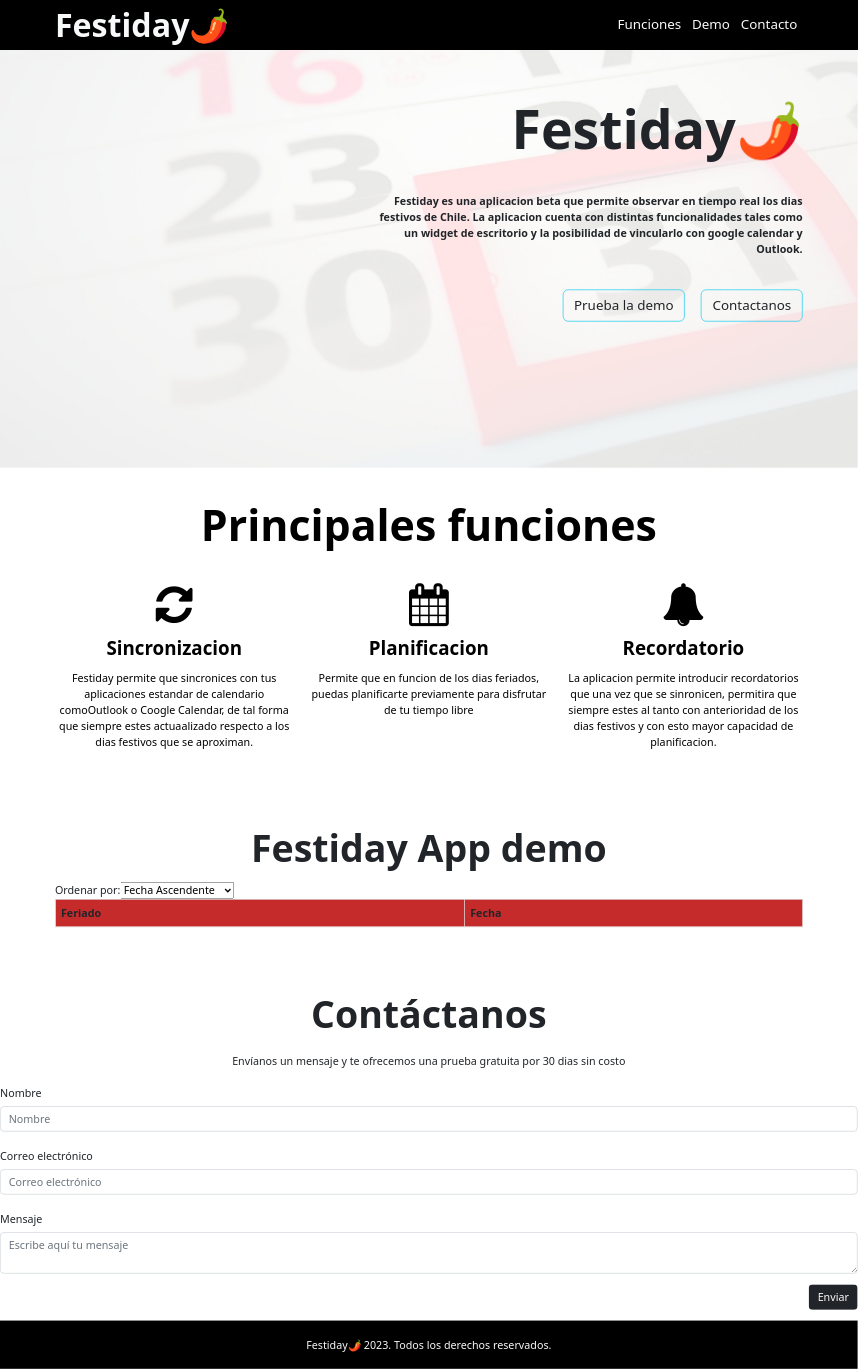
Repository: cvalenciapatagonia/Desafio-4-React-I
Page: /
These files come from the project's save history. The page is drawn as it stood at one moment and after the next save; the edit follows.
The browser window is 1280 px wide. The pictures show the whole page, at 67% of full size.
The page's requests for data from a server got no answer. The project was rebuilt for these pictures with package versions that can differ from the ones it lists, and the page was loaded fresh each time. No one was signed in, and anything a server would have sent is missing. Also part of the build but not shown: vite.config.js, src/App.css.

Above is the page before, as saved 2023-09-08 16:05:21.

After the next save:
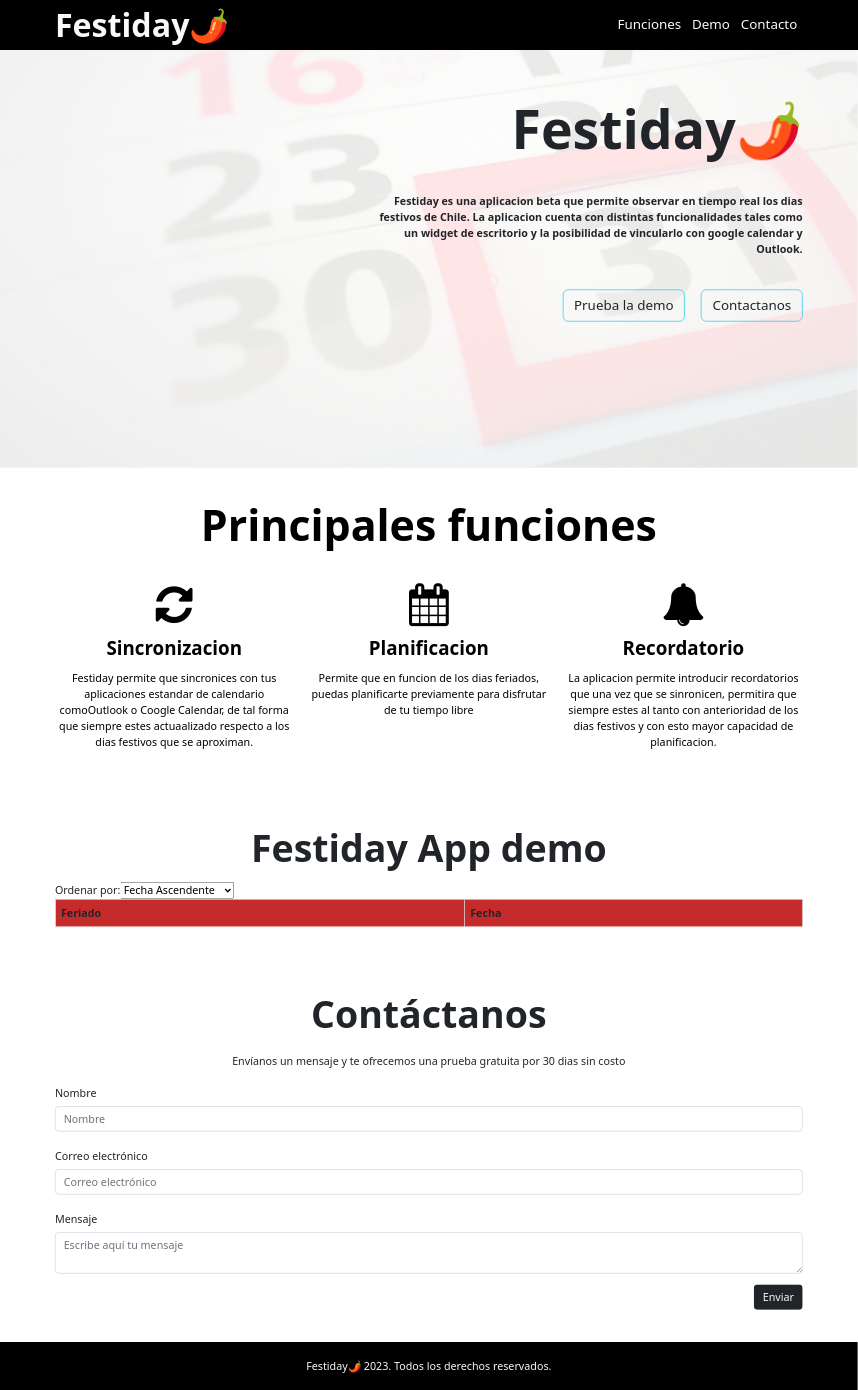
Saved 12 s later.
--- a/src/App.jsx
+++ b/src/App.jsx
@@ -144,6 +144,7 @@ function App() {
       {/* Fin de MIS PROYECTOS */}
 
       {/* CONTACTAME */}
+      <section id="" className="container my-5">
         <h2 className="display-4 fw-bold text-center my-4">Contáctanos</h2>
 
         <p className="text-center my-4 d-none d-md-block">
@@ -174,6 +175,7 @@ function App() {
             <button className="btn bg-dark text-light">Enviar</button>
           </div>
         </form>
+      </section>
       {/* Fin de CONTACTAME */}
 
       {/* FOOTER */}
